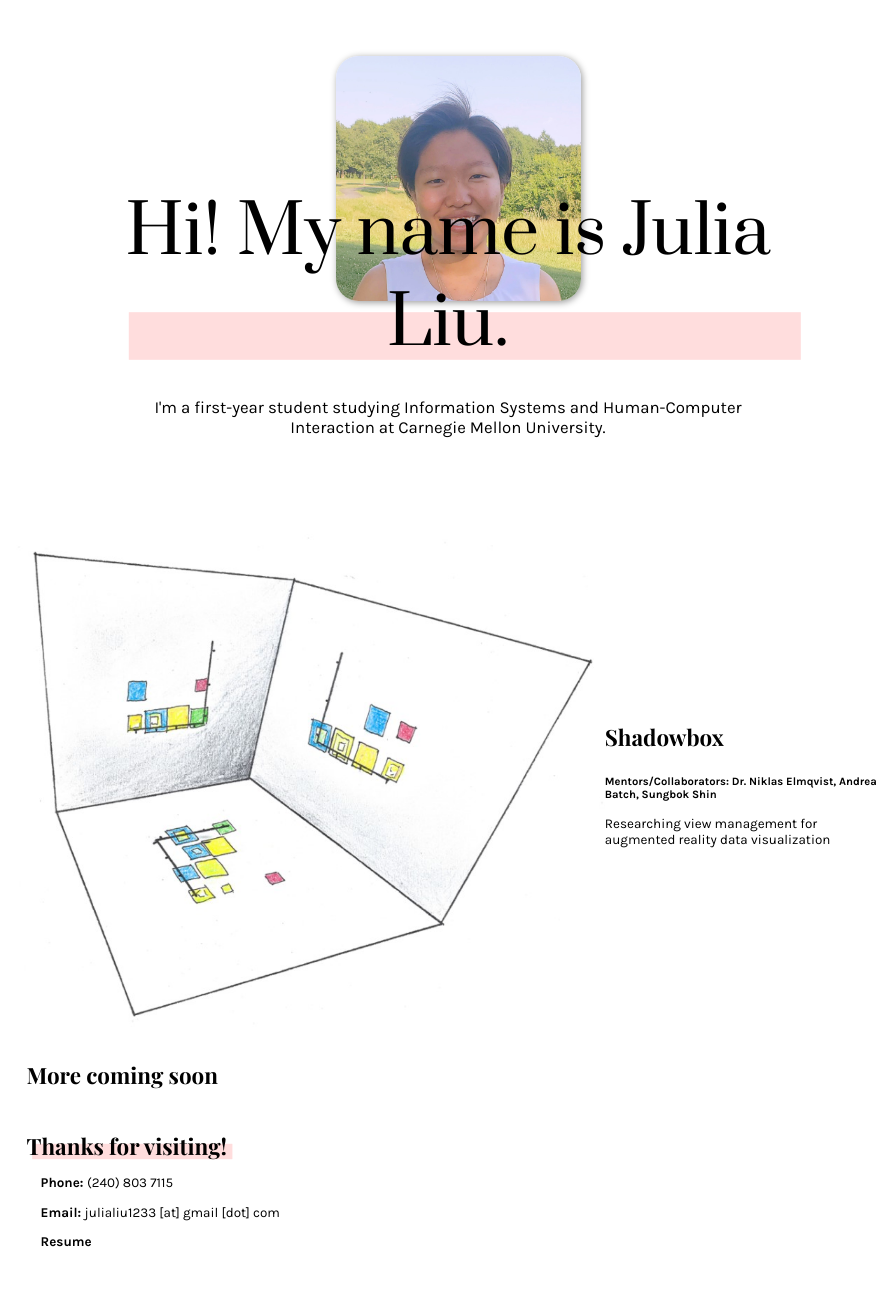
Repository: liu-julia/liu-julia.github.io
Page: index.html
An editor plug-in stored every save of this project. The page is shown before and after the next save, followed by the edit.
The browser window is 1280 px wide. The pictures show the whole page, at 70% of full size.

Above is the page before, as saved 2022-04-27 12:50:05.

After the next save:
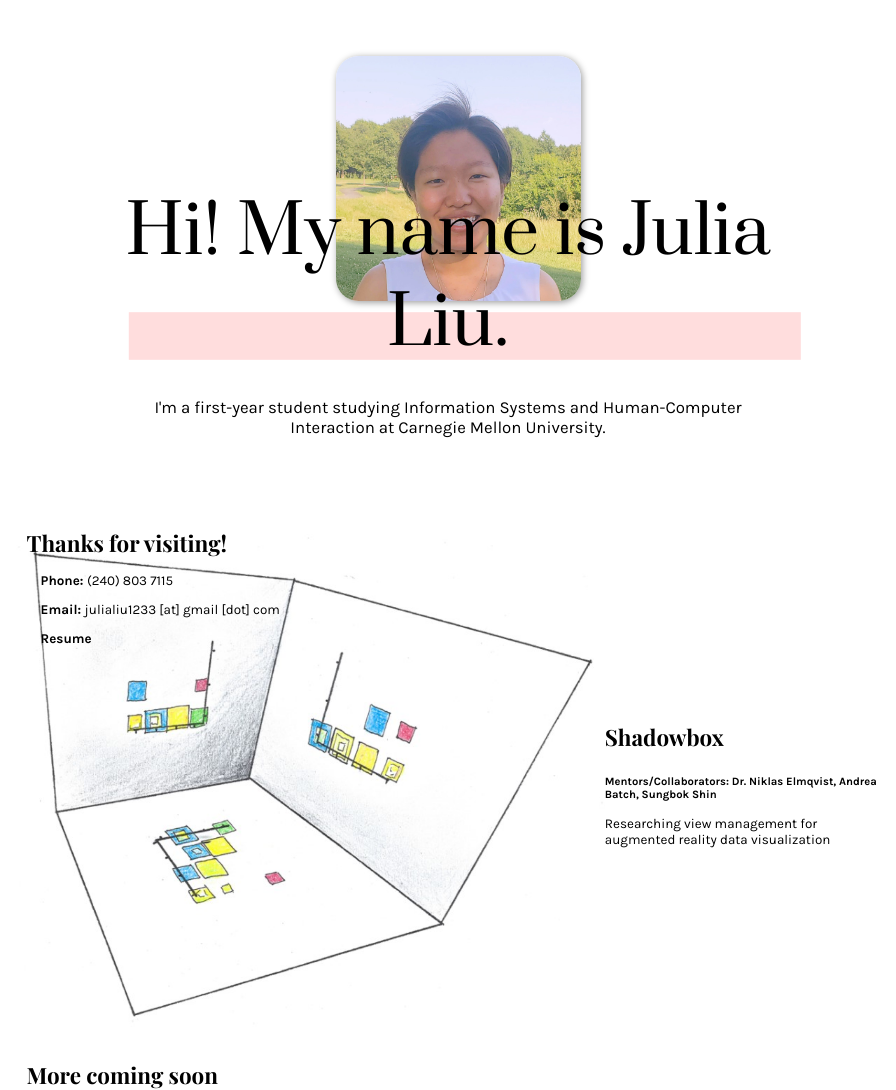
Saved 59 s later.
--- a/index.html
+++ b/index.html
@@ -37,13 +37,13 @@
             </div>
         </div>
         <h3 id="construction">More coming soon</h3>
-        <div id="foot">
-            <h3 class="highlighted">Thanks for visiting!</h3>
-            <div>
-                <p><b>Phone: </b> (240) 803 7115</p>
-                <p><b>Email: </b> juli<!--anti spam-->aliu1233 <!--anti spam--> [at] gmai<!--anti spam-->l [dot] com</p>
-                <a href="JuliaLiu.pdf"><b>Resume</b></a>
-            </div>
+    </div>
+    <div id="foot">
+        <h3 class="highlighted">Thanks for visiting!</h3>
+        <div>
+            <p><b>Phone: </b> (240) 803 7115</p>
+            <p><b>Email: </b> juli<!--anti spam-->aliu1233 <!--anti spam--> [at] gmai<!--anti spam-->l [dot] com</p>
+            <a href="JuliaLiu.pdf"><b>Resume</b></a>
         </div>
     </div>
 </body>

After the save that followed:
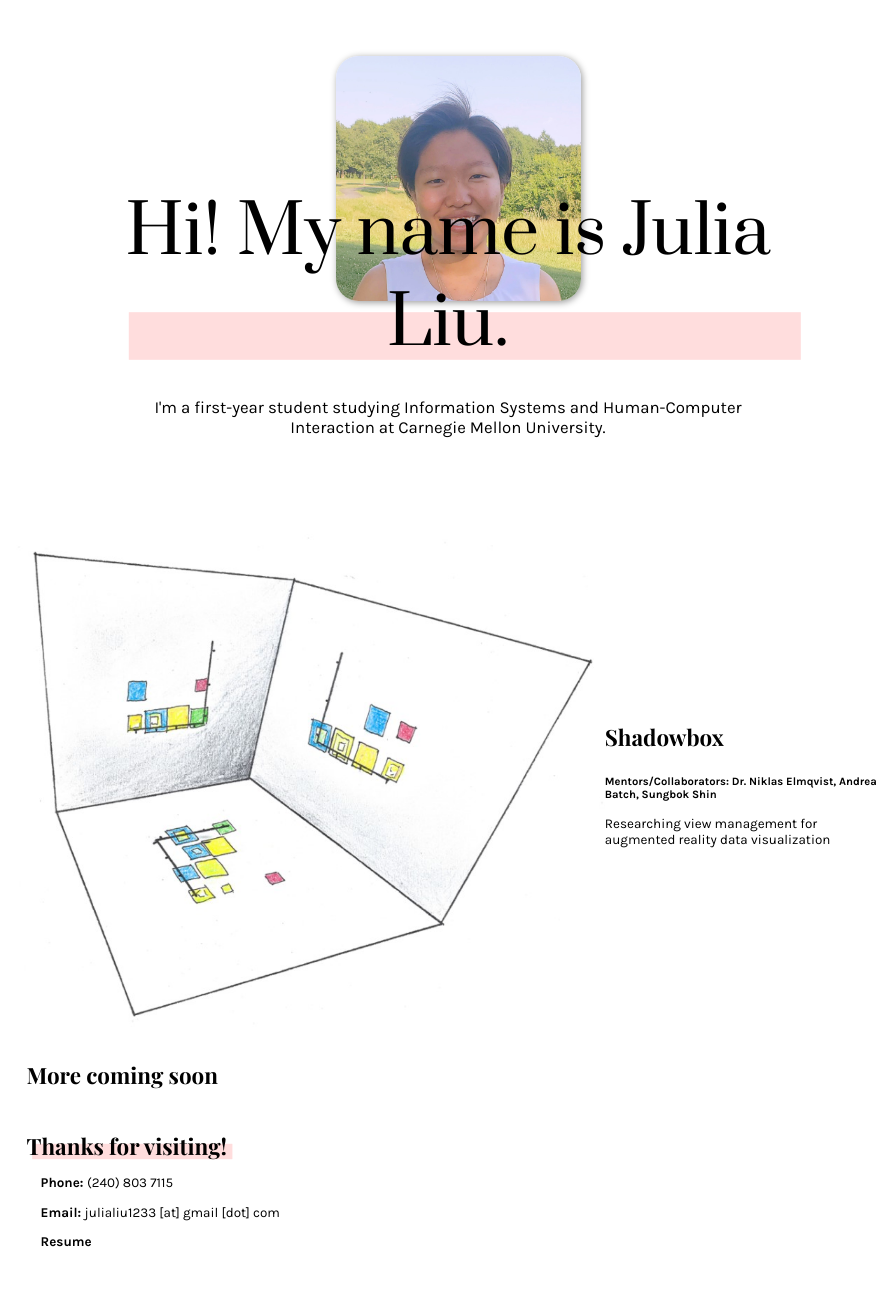
Saved 18 s later.
--- a/index.html
+++ b/index.html
@@ -37,13 +37,13 @@
             </div>
         </div>
         <h3 id="construction">More coming soon</h3>
-    </div>
-    <div id="foot">
-        <h3 class="highlighted">Thanks for visiting!</h3>
-        <div>
-            <p><b>Phone: </b> (240) 803 7115</p>
-            <p><b>Email: </b> juli<!--anti spam-->aliu1233 <!--anti spam--> [at] gmai<!--anti spam-->l [dot] com</p>
-            <a href="JuliaLiu.pdf"><b>Resume</b></a>
+        <div id="foot">
+            <h3 class="highlighted">Thanks for visiting!</h3>
+            <div>
+                <p><b>Phone: </b> (240) 803 7115</p>
+                <p><b>Email: </b> juli<!--anti spam-->aliu1233 <!--anti spam--> [at] gmai<!--anti spam-->l [dot] com</p>
+                <a href="JuliaLiu.pdf"><b>Resume</b></a>
+            </div>
         </div>
     </div>
 </body>
